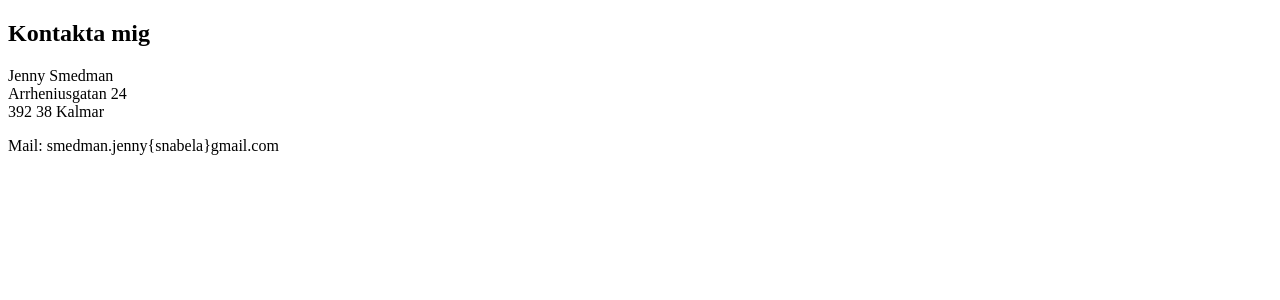
Repository: js223mx/1ik415-js223mx-laborationer
Page: pages/kontakt.html
The author's editor kept a record of every edit. The page is drawn from the files as they stood at one moment, then again after the next edit.
The browser window is 1280 px wide. The pictures show the whole page.

Above is the page before.

### pages/kontakt.html
<!doctype html>
<html lang="sv" >

    <head>

            <meta charset="utf-8" />
            <title>Kontakta mig</title>

    </head>
    <body>

            <h2>Kontakta mig</h2>
                <p>Jenny Smedman<br>
                    Arrheniusgatan 24<br>
                    392 38 Kalmar
                </p>

                <p>Mail: smedman.jenny{snabela}gmail.com</p>

    </body>


</html>

After the next edit:
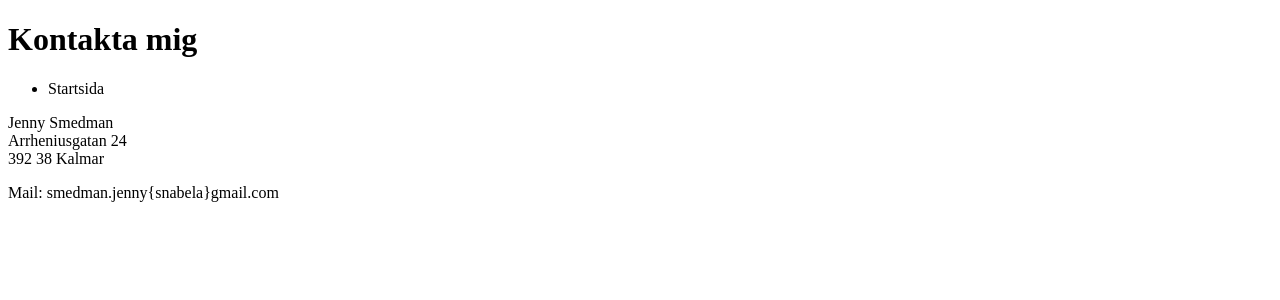
The edit:
--- a/pages/kontakt.html
+++ b/pages/kontakt.html
@@ -9,7 +9,12 @@
     </head>
     <body>
 
-            <h2>Kontakta mig</h2>
+            <h1>Kontakta mig</h1>
+
+            <ul>
+                <li>Startsida</li>
+            </ul>
+
                 <p>Jenny Smedman<br>
                     Arrheniusgatan 24<br>
                     392 38 Kalmar
